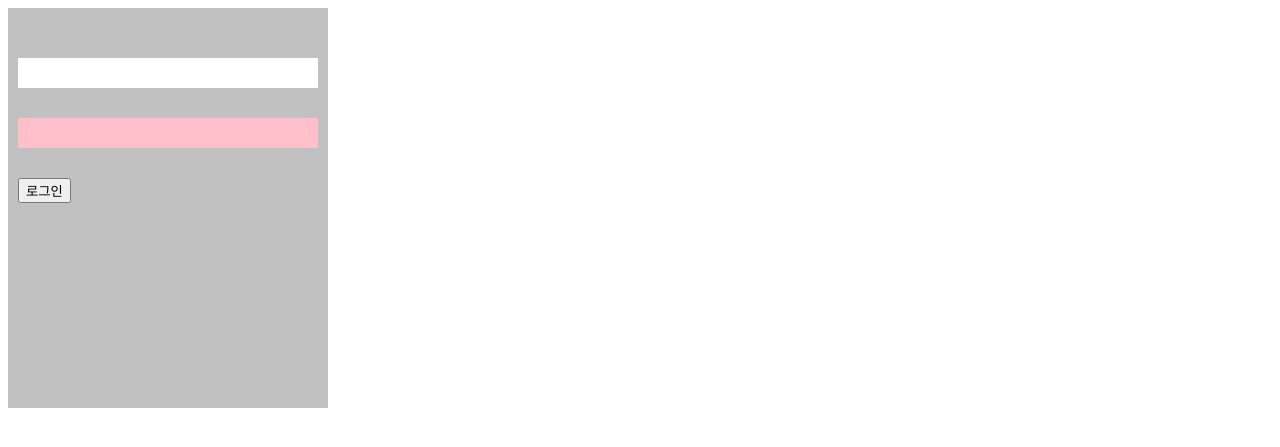
Repository: popll1/Pleiades
Page: http://localhost/jun29web/login.jsp
The author's editor kept a copy of each file at every save. The page is drawn from the files as they stood at one save, then again after the next save.
The browser window is 1280 px wide. The pictures show the whole page.
The page is served by Tomcat 9. Other server files are loaded and not shown.

Above is the page before, as saved 2023-06-29 06:47:17.

### jun29web/src/main/webapp/login.jsp
<%@ page language="java" contentType="text/html; charset=UTF-8"
	pageEncoding="UTF-8"%>
<!DOCTYPE html>
<html>
<head>
<meta charset="UTF-8">
<title>로그인</title>
<style type="text/css">
#loginBox {
	/* id = # ,c class=. */
	background-color: #c1c1c1;
	width: 300px;
	height: 300px;
	padding: 50px 10px;
}

input {
	padding: 0;
	margin: 0;
	border: 0;
	width: 100%;
	height: 30px;
	text-align: center;
	margin-bottom: 30px;
}

input [type=text] {
	background-color: yellow;
}

input[type=password] {
	background-color: pink;
	color: red;
}
</style>
</head>
<body>
	<div id="loginBox">
		<form action="./loginAction.jsp">

			<input type="text" name ="id" > <br>
			<input type="password" name="pw">
			<button>로그인</button>
		</form>

	</div>
</body>
</html>

After the next save:
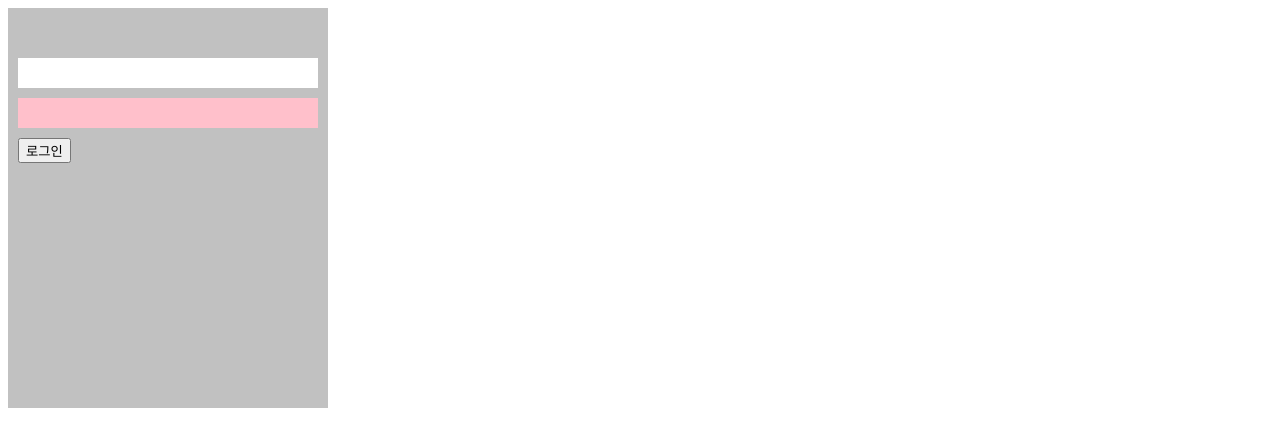
Saved 37 s later.
--- a/jun29web/src/main/webapp/login.jsp
+++ b/jun29web/src/main/webapp/login.jsp
@@ -21,7 +21,7 @@ input {
 	width: 100%;
 	height: 30px;
 	text-align: center;
-	margin-bottom: 30px;
+	margin-bottom: 10px;
 }
 
 input [type=text] {
